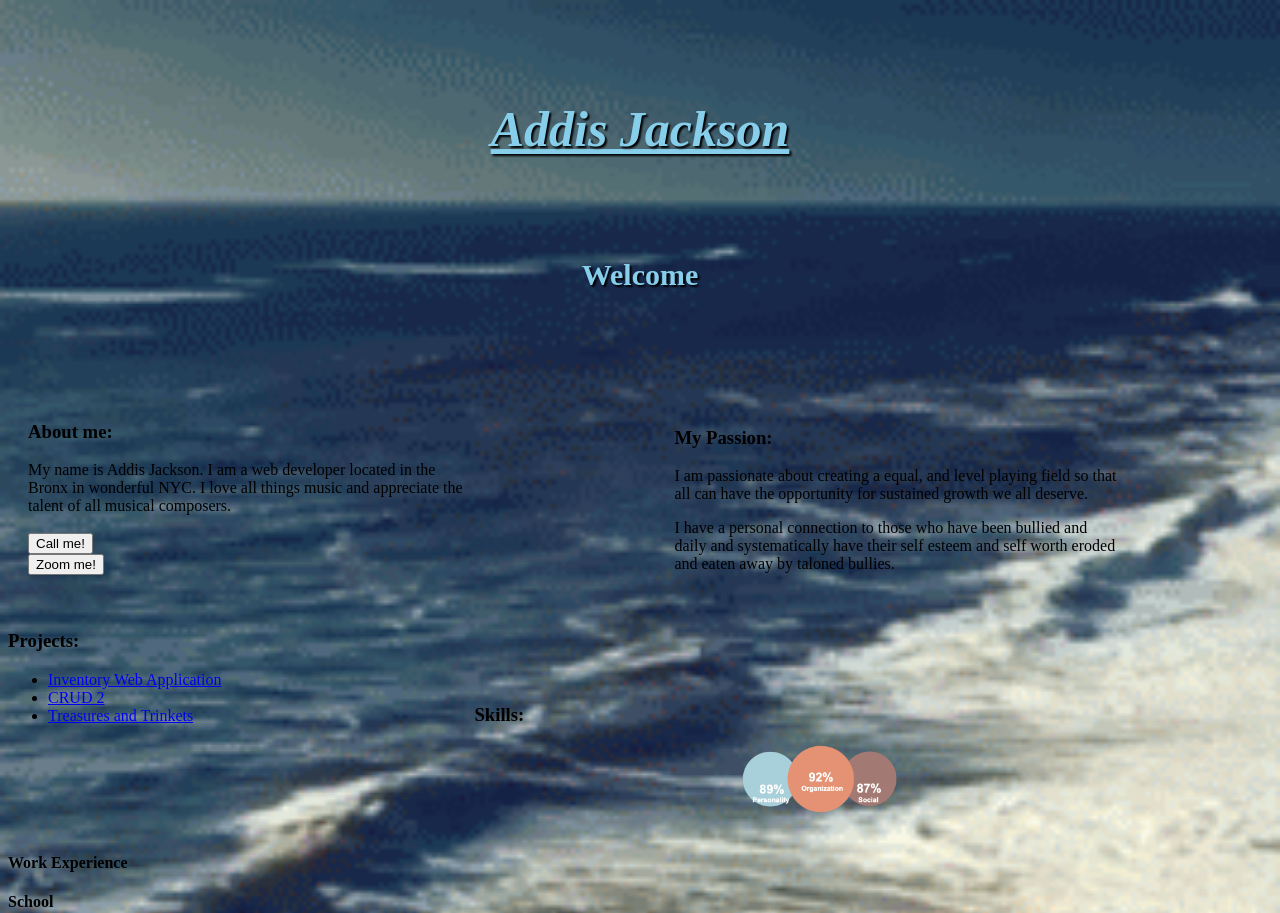
Repository: 10-2-pursuit/lab-design-assets
Page: index.html
The author's editor kept a copy of each file at every save. The page is drawn from the files as they stood at one save, then again after the next save.
The browser window is 1280 px wide. The pictures show the part of the page from y = 0 to 913 px (the page is 1932 px tall).
A picture or video elsewhere on the page could not be fetched, so the positions and the page height are approximate.

Above is the page before, as saved 2023-07-16 05:55:09.

### index.html
<!DOCTYPE html>
<html lang="en">
  <head>
    <meta charset="UTF-8" />
    <meta http-equiv="X-UA-Compatible" content="IE=edge" />
    <meta name="viewport" content="width=device-width, initial-scale=1.0" />
    <link rel="stylesheet" href="style.css" />
    <title>MY PORTFOLIO</title>
  </head>
  <body>
    <header>
      <h1>Addis Jackson</h1>
    </header>
    <main>
      <section>
        <h2>Welcome</h2>
        <article for="about" class="about">
          <h3>About me:</h3>
          <p>
            My name is Addis Jackson.
            I am a web developer located in the Bronx in wonderful NYC.
            I love all things music and appreciate the talent of all musical composers.
            <br>
            <br>
            <button for="callMe">Call me!</button>
            <br>
            <button for="zoomMe" href=""https://us06web.zoom.us/j/7717484238">Zoom me!</button>
          </p>
        </article>
        <article for="passion" class="passion">
          <h3>My Passion:</h3>
          <p>I am passionate about creating a equal, and level playing field so that all can have the opportunity for sustained growth we all deserve.</p>
          <p>I have a personal connection to those who have been bullied and daily and systematically have their self esteem and self worth eroded and eaten away by taloned bullies.</p>

        </article>
      </section>
      <section>
        <article class="projects">
          <h3>Projects:</h3>
          <ul>
            <!-- TO DO LINK TO THE THREE LABS OR PROJECTS YOU ARE MOST PROUD OF SO FAR -->
            <li><a href="https://github.com/addisjackson/inventory-web-application">Inventory Web Application</a></li>
            <li><a href="https://github.com/addisjackson/crud2">CRUD 2</a></li>
            <li><a href="https://github.com/addisjackson/Treasures-and-Trinkets-Project-AddisJackson">Treasures and Trinkets</a></li>
          </ul>
        </article>
        <article class="skills">
        <h3>Skills:</h3>
          <img src="./assets/Pasted Graphic 1.png" alt="Skills section"></img>
        </article>
      </section>
    </main>
    <aside>
      <h4>Work Experience</h4>
      <!-- add whatever details you want here -->
      <h4>School</h4>
      <!-- add whatever details you want here -->
    </aside>
    <footer>
      <ul>
        <li>
          <!-- TO DO UPDATE LINKS TO GO TO YOUR PROFILES/EMAIL -->
          <a href="https://www.linkedin.com/addisjackson"
            ><img src="./assets/LinkedIn-Logos/LI-Logo.png" alt=""
          /></a>
        </li>
        <li>
          <a href="https://github.com/addisjackson"
            ><img src="./assets/github-mark/github-mark.png" alt=""
          /></a>
        </li>
        <li>
          <a href="mailto:addisjackson@pursuit.org"
            ><img src="./assets/email-g8e9fd44a3_640.png" alt="Email me"
          /></a>
        </li>
      </ul>
    </footer>
  </body>
</html>

### style.css
body {
    background-image: url("./assets/waves-beach.gif");
    background-repeat: no-repeat;
    background-size: cover;
}

h1 {
    font-size: 50px;
    color: skyblue;
    text-align: center;
    margin-top: 100px;
    margin-bottom: 100px;
    text-shadow: 2px 2px 2px black;
    font-weight: bold;
    font-family: Calibri Light, Calibri,;
    font-style: italic;
    text-decoration: underline;
}

h2 {
    font-size: 30px;
    color: skyblue;
    text-align: center;
    margin-top: 100px;
    margin-bottom: 100px;
    text-shadow: 2px 2px 2px black;
    font-weight: bold;
    font-family: fantasy;
}

article {
    display: inline-block;
}

.about {
    text-align: left;
    margin-top: 10px;
    margin-bottom: 10px;
    margin-left: 20px;
    margin-right: 200px;
    width: 35%
}

.about p {
    word-wrap: width ;
}
.passion p {
    word-wrap: width ;
}

.passion {

    text-align: left;
    margin-top: 10px;
    margin-bottom: 10px;
    margin-right: 20px;
    width: 35%
}

.projects .skills {
    display: inline-block;
}

.projects  {
    text-align: left;
    margin-top: 10px;
    margin-bottom: 10px;
    margin-right: 20px;
    width: 35%;
}

.skills {
    text-align: left;
    margin-top: 10px;
    margin-bottom: 10px;
    margin-right: 20px;
    width: 35%;
}

Img {
    display: block;
    margin-left: auto;
    margin-right: auto;
    width: 35%;
    height: auto;
    margin-top: 10px;
    margin-bottom: 10px;
    margin-right: 20px;
}

After the next save:
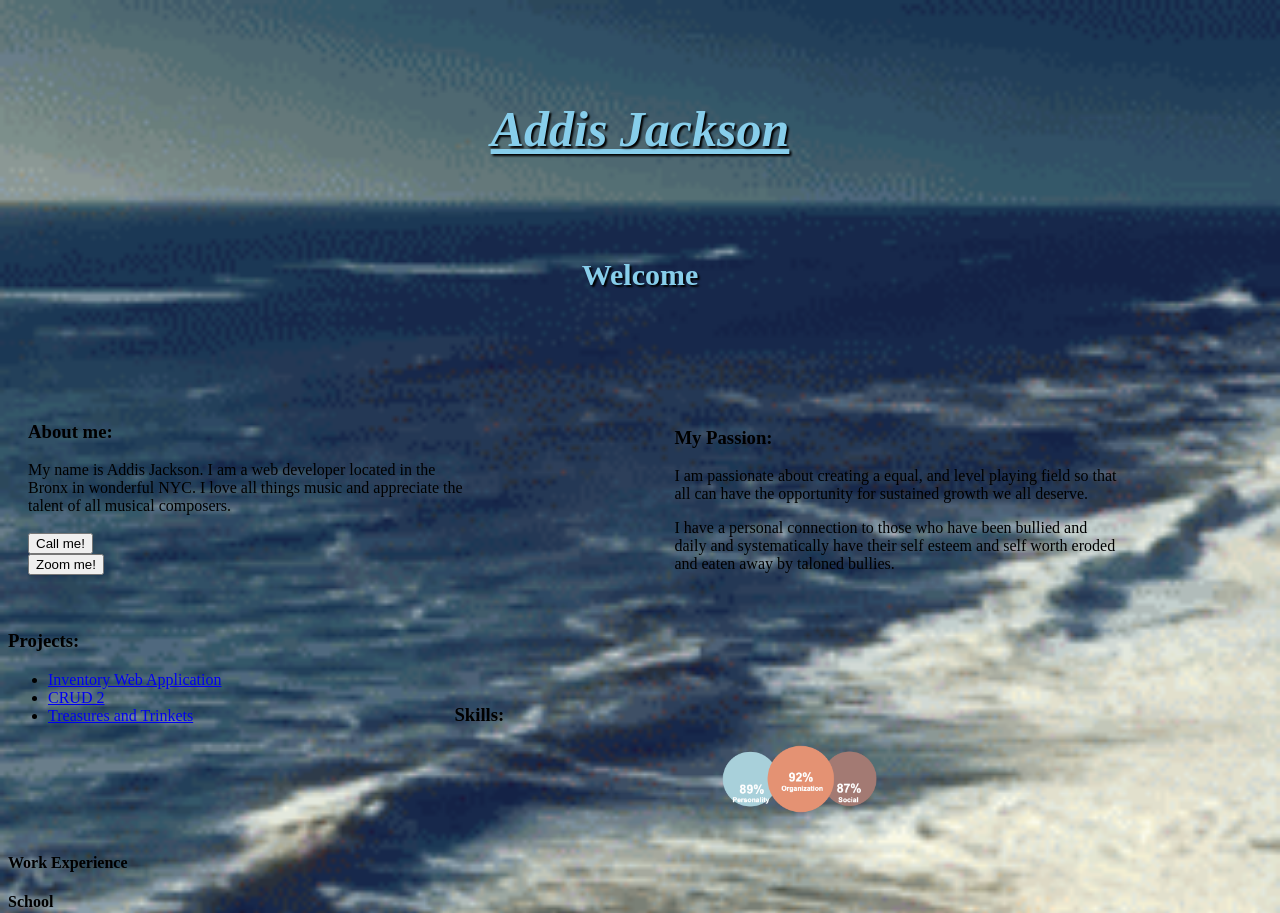
Saved 59 s later.
--- a/style.css
+++ b/style.css
@@ -65,7 +65,7 @@ article {
     text-align: left;
     margin-top: 10px;
     margin-bottom: 10px;
-    margin-right: 20px;
+    margin-right: 1opx;
     width: 35%;
 }
 
